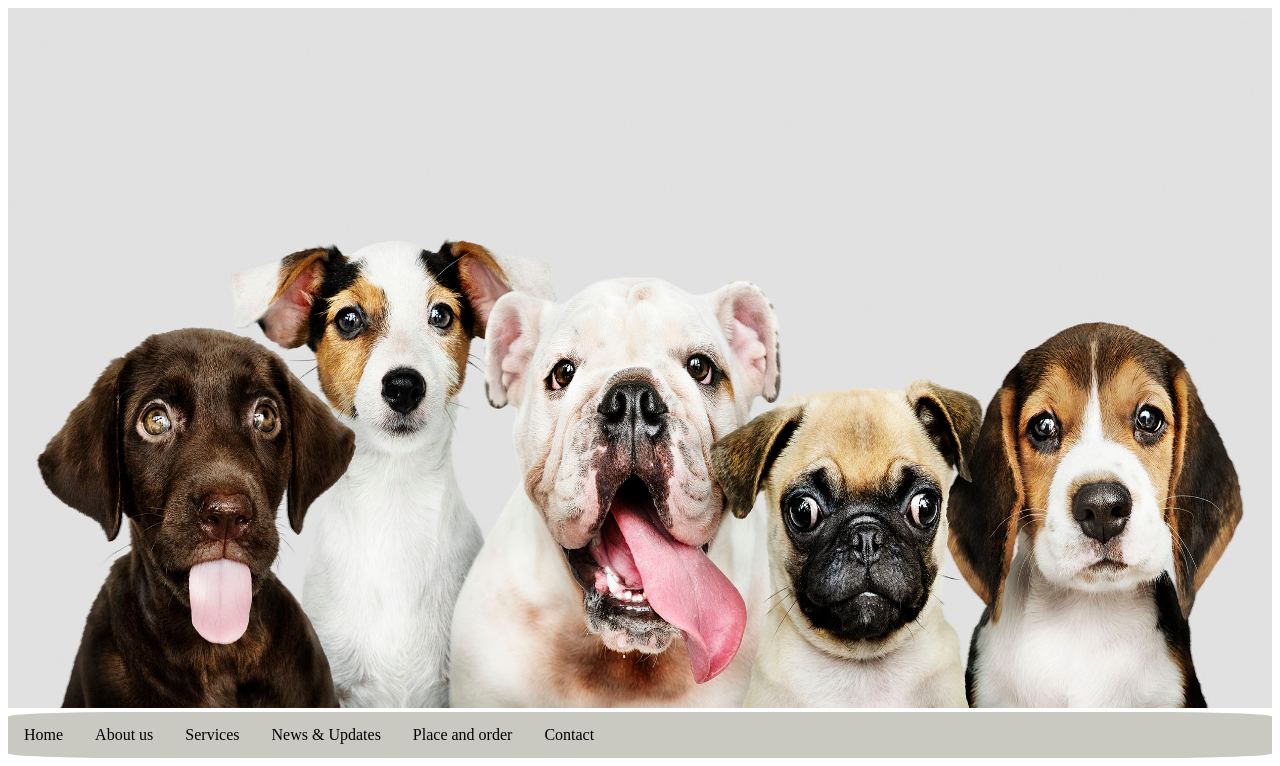
Repository: Tayma-Kazmouz/labwork
Page: index.html
An editor plug-in stored every save of this project. The page is shown before and after the next save, followed by the edit.
The browser window is 1280 px wide. The pictures show the whole page.

Above is the page before, as saved 2022-04-04 16:01:55.

### index.html
<!DOCTYPE html>
<html lang="en">
<head>
    <meta charset="UTF-8">
    <meta http-equiv="X-UA-Compatible" content="IE=edge">
    <meta name="viewport" content="width=device-width, initial-scale=1.0">
    <title>LabWork1</title>
    <link rel="stylesheet" href="styles.css">
</head>
<body>
    <img class="banner" src="images/banner.jpg" alt="Dog Banner">
    <div class="nav">
        <ul>
            <li><a class="active" href="#">Home</a></li>
            <li><a href="#">About us</a></li>
            <li><a href="#">Services</a></li>
            <li><a href="#">News & Updates</a></li>
            <li><a href="#">Place and order</a></li>
            <li><a href="#">Contact</a></li>
          </ul>
    </div>
</body>
</html>

### styles.css
.banner{
    width:100%;
    height: 700px;
    position: relative;
}

.nav{
    background-color: rgb(201, 201, 194);
    border-radius: 10%;
}
ul {
    list-style-type: none;
    margin: 0;
    padding: 0;
    overflow: hidden;
  }

  li {
    float: left;
  }

  li a {
    display: block;
    color: black;
    text-align: center;
    padding: 14px 16px;
    text-decoration: none;
  }

  li a:hover {
    background-color: #111;
  }

After the next save:
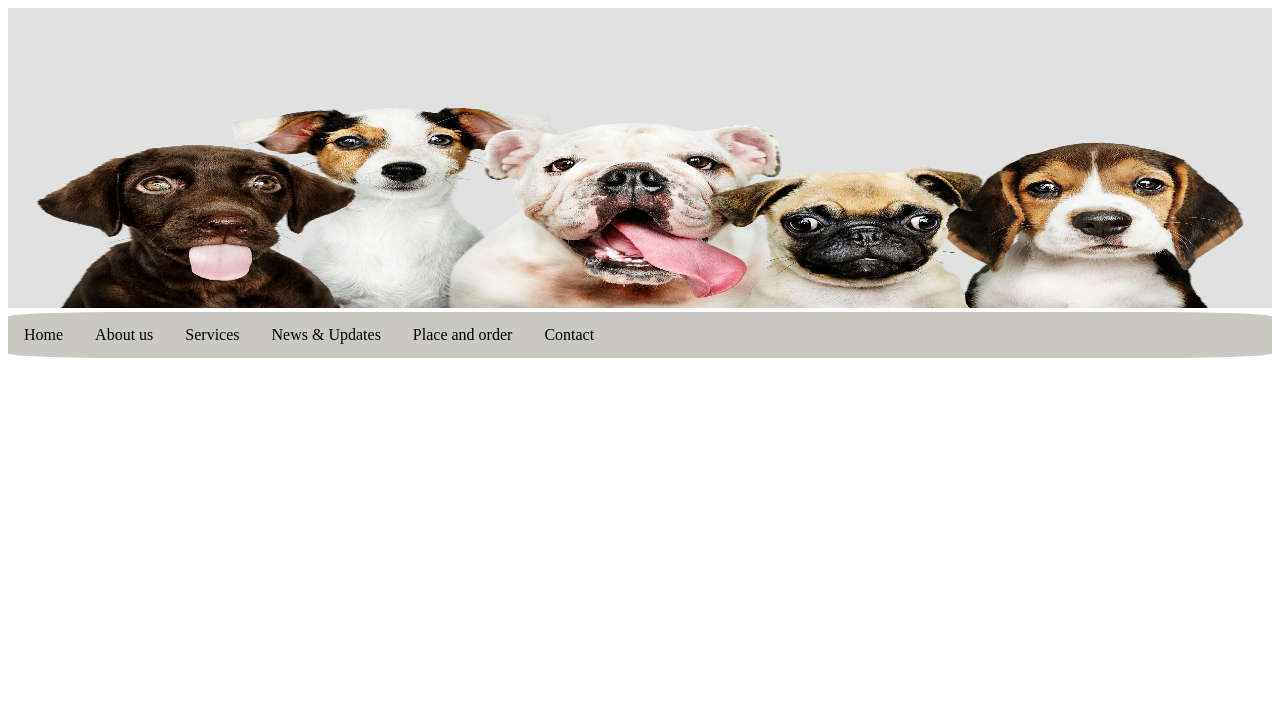
Saved 7 s later.
--- a/styles.css
+++ b/styles.css
@@ -1,6 +1,6 @@
 .banner{
     width:100%;
-    height: 700px;
+    height: 300px;
     position: relative;
 }
 
